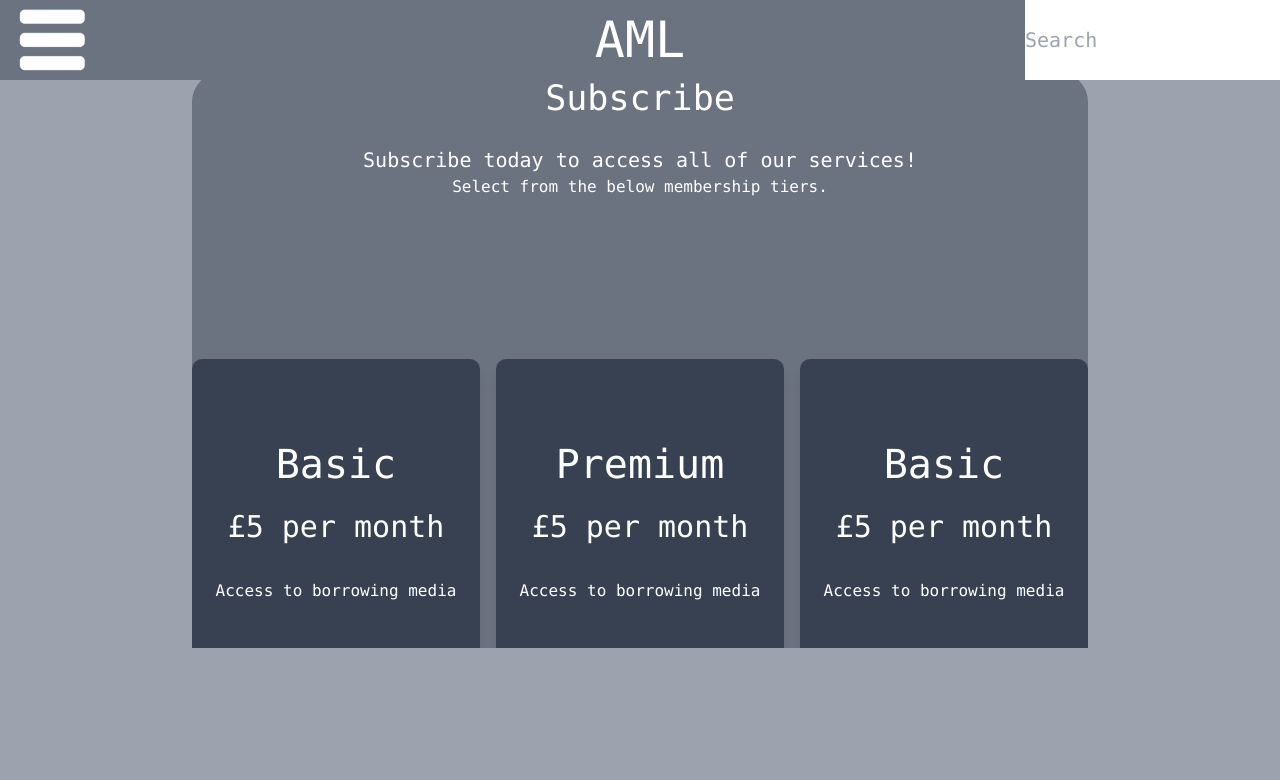
Repository: DuyKhanhDo/AML-Concept
Page: http://localhost/subscribe
An editor plug-in stored every save of this project. The page is shown before and after the next save, followed by the edit.
The browser window is 1280 px wide. The pictures show the whole page.
Some web libraries are served in a nearby version. The page is served by the project's Laravel application, run on PHP 8.4 with Laravel 12. A made-up administrator, Test User (test@example.com), is signed in.

Above is the page before, as saved 2024-11-11 13:03:36.

After the next save:
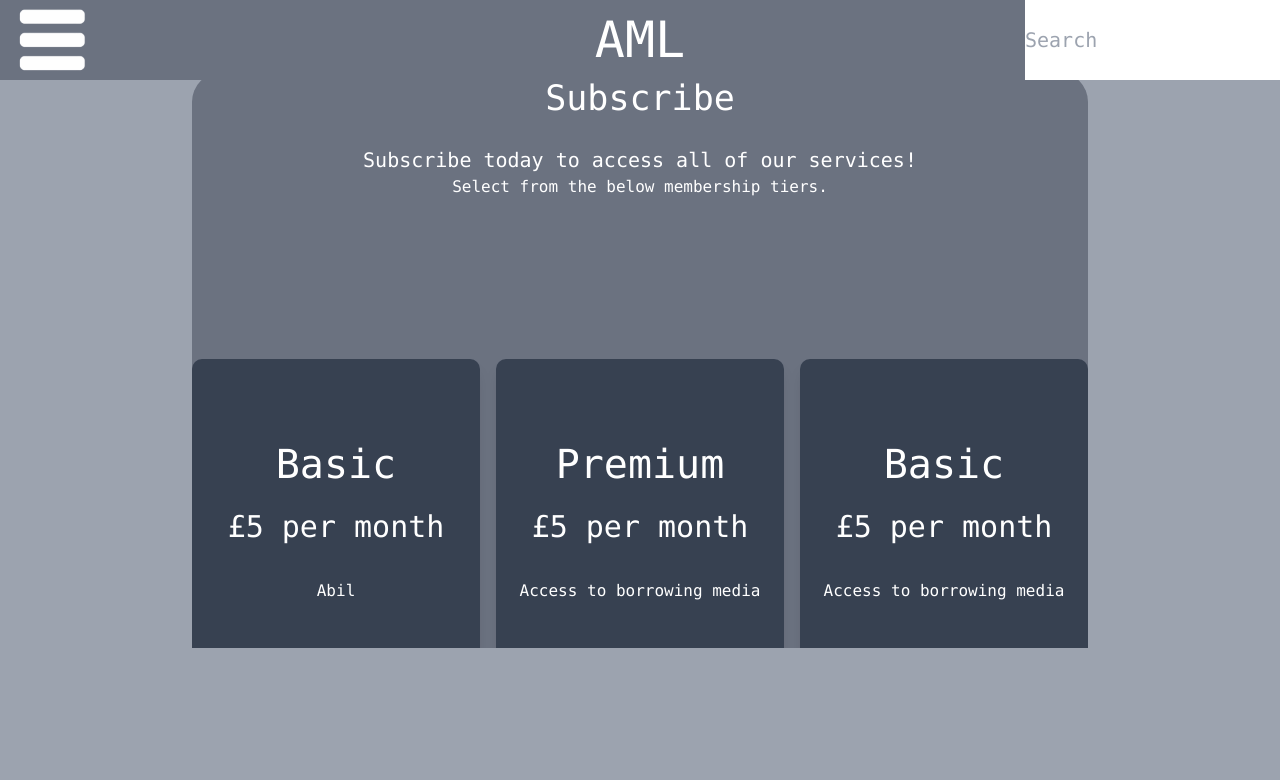
Saved 12 s later.
--- a/resources/views/subscribe.blade.php
+++ b/resources/views/subscribe.blade.php
@@ -6,7 +6,7 @@
                 <h3 class="text-[20px] mt-[20px]">Subscribe today to access all of our services!</h3>
                 <h5>Select from the below membership tiers.</h5>
                 <div class="flex overflow-x-auto w-full space-x-4 justify-center">
-                    <x-subscription-tier tier='Basic' price='£5' benefits='Access to borrowing media'></x-subscription-tier>
+                    <x-subscription-tier tier='Basic' price='£5' benefits='Abil'></x-subscription-tier>
                     <x-subscription-tier tier='Premium' price='£5' benefits='Access to borrowing media'></x-subscription-tier>
                     <x-subscription-tier tier='Basic' price='£5' benefits='Access to borrowing media'></x-subscription-tier>
                 </div>
